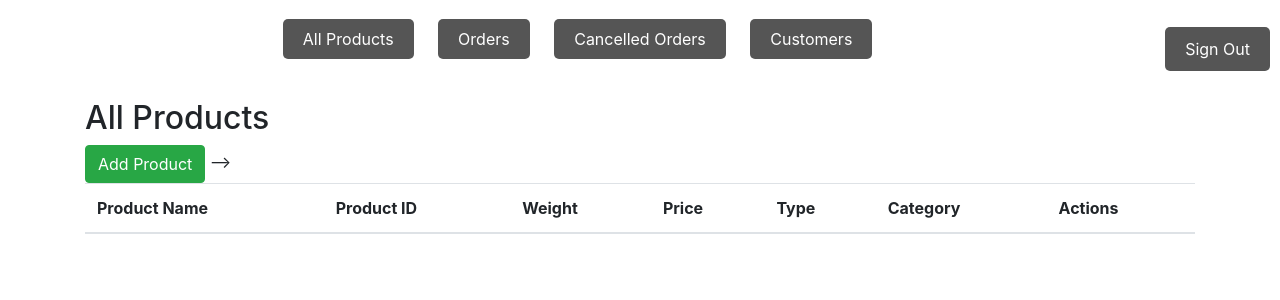
Repository: navaneethaenjam/flask-shop-ease
Page: http://localhost/all_products
These files come from the project's save history. The page is drawn as it stood at one moment and after a run of saves; the edit follows.
The browser window is 1280 px wide. The pictures show the whole page.
The page is served by the project's application, run on Flask 3 (app.py). Queries for data that is not in the repository find no rows.

Above is the page before, as saved 2024-05-02 08:24:38.

### templates/all_products.html
{% include 'sidemenu.html' %}
<!DOCTYPE html>
<html lang="en">
<head>
    <meta charset="UTF-8">
    <meta name="viewport" content="width=device-width, initial-scale=1.0">
    <title>Admin Products</title>
    <link rel="stylesheet" href="https://stackpath.bootstrapcdn.com/bootstrap/4.5.2/css/bootstrap.min.css">
    <!-- Add your custom CSS here -->
</head>
<body>
    <div class="container mt-5">
        <h2>All Products</h2>
        <button class="btn btn-success" onclick="showAddProductForm()">Add Product</button>
        <div id="addProductFormContainer" style="display: none;">
            <h3>Add Product</h3>
            <form id="addProductForm">
                <div class="form-group">
                    <label for="productname">Product Name:</label>
                    <input type="text" class="form-control" id="productname" name="productname">
                </div>
                <div class="form-group">
                    <label for="productid">Product ID:</label>
                    <input type="text" class="form-control" id="productid" name="productid" readonly>
                </div>
                <div class="form-group">
                    <label for="size">Weight:</label>
                    <input type="text" class="form-control" id="size" name="size">
                </div>
                <div class="form-group">
                    <label for="price">Price:</label>
                    <input type="text" class="form-control" id="price" name="price">
                </div>

                <div class="form-group">
                    <label for="category">Category:</label>
                    <select class="form-control" id="category" name="category" onchange="changeTypeOptions()">
                        <option value="">Select Category</option>
                        <option value="men">Men</option>
                        <option value="women">Women</option>
                        <option value="kids">Kids</option>
                    </select>
                </div>
                <div class="form-group">
                    <label for="type">Type:</label>
                    <select class="form-control" id="type" name="type">
                        <option value="">Select Type</option>
                        <option value="jeans">jeans</option>
                        <option value="T-shirt">T-shirt</option>
                        <option value="shirt">shirts</option>
                        <option value="frock">frock</option>
                        <option value="jogger">Joggers</option>
                        <option value="hoodie">Hoodies</option>
                    </select>
                </div>
                <!-- Include other input fields for product details -->
                <button type="submit" class="btn btn-primary">Add</button>
            </form>
        </div>

        <table class="table">
            <thead>
                <tr>
                    <th>Product Name</th>
                    <th>Product ID</th>
                    <th>Weight</th>-->
                    <th>Price</th>
                    <th>Type</th>
                    <th>Category</th>
                    <th>Actions</th>
                </tr>
            </thead>
            <tbody id="productTableBody">
                {% for product in products %}
                <tr>
                    <td>{{ product.productname }}</td>
                    <td>{{ product.productid }}</td>
                    <td>{{ product.size }}</td>
                    <td>{{ product.price }}</td>
                    <td>{{ product.type }}</td>
                    <td>{{ product.category }}</td>
                    <td>
                        <button class="btn btn-primary" onclick="showEditProductForm('{{ product._id }}')">Edit</button>
                        <button class="btn btn-danger" onclick="deleteProduct('{{ product.productid }}')">Delete</button>
                    </td>
                </tr>
                {% endfor %}
            </tbody>
        </table>
        <div id="editProductFormContainer" style="display: none;">
            <h3>Edit Product</h3>
            <form id="editProductForm">
                <div class="form-group">
                    <label for="edit_productname">Product Name:</label>
                    <input type="text" class="form-control" id="edit_productname" name="productname">
                </div>
                <div class="form-group">
                    <label for="edit_productid">Product ID:</label>
                    <input type="text" class="form-control" id="edit_productid" name="product_id" readonly>
                </div>
                <div class="form-group">
                    <label for="edit_size">Size:</label>
                    <input type="text" class="form-control" id="edit_size" name="size">
                </div>
                <div class="form-group">
                    <label for="edit_price">Price:</label>
                    <input type="text" class="form-control" id="edit_price" name="price">
                </div>

                <div class="form-group">
                    <label for="edit_category">Category:</label>
                    <select class="form-control" id="edit_category" name="category" onchange="changeEditTypeOptions()">
                        <option value="">Select Category</option>
                        <option value="beverages">Beverages</option>
                        <option value="meat">Meat</option>
                        <option value="dairy">Dairy</option>
                        <option value="pantry">Pantry</option>
                        <option value="snacks">Snacks</option>
                        <option value="bakery">Bakery</option>
                    </select>
                </div>
                <div class="form-group">

                    <label for="edit_type">Type:</label>
                    <select class="form-control" id="edit_type" name="type">
                        <option value="">Select</option>
                        <option value="water">Water</option>
                        <option value="coffee">Coffee</option>
                        <option value="energy drinks">Energy Drinks</option>
                        <option value="Protein Drinks">Protein Drinks</option>
                        <option value="juice">Juice</option>
                        <option value="Soft Drinks">Soft Drinks</option>
                    </select>
                </div>
                <!-- Include other input fields for product details -->
                <button type="submit" class="btn btn-primary" id="editProductFormSubmit">Save Changes</button>
            </form>
        </div>
    </div>

    <!-- Include jQuery library -->
    <script src="https://code.jquery.com/jquery-3.6.0.min.js"></script>
    <!-- Add your custom JavaScript here -->
    <script>
        function showAddProductForm() {
            console.log("showAddProductForm function called");
            var formContainer = $('#addProductFormContainer');
            if (formContainer.is(':visible')) {
                console.log("Form container is visible, hiding...");
                formContainer.hide();
            } else {
                console.log("Form container is hidden, showing...");
                formContainer.show();
                generateProductID();
            }
        }

        function generateProductID() {
            var productID = Math.floor(100000 + Math.random() * 900000);
            $('#productid').val(productID);
        }

        function changeTypeOptions() {
            var category = $('#category').val();
            var typeDropdown = $('#type');
            typeDropdown.empty(); // Clear existing options
            if (category === 'beverages') {
                typeDropdown.append('<option value="water">Water</option>');
                typeDropdown.append('<option value="coffee">Coffee</option>');
                typeDropdown.append('<option value="energy drinks">Energy Drinks</option>');
                typeDropdown.append('<option value="Protein Drinks">Protein Drinks</option>');
                typeDropdown.append('<option value="juice">Juice</option>');
                typeDropdown.append('<option value="Soft Drinks">Soft Drinks</option>');
            } else if (category === 'meat') {
                typeDropdown.append('<option value="Ground Beef">Ground Beef</option>');
                typeDropdown.append('<option value="chicken">Chicken</option>');
                typeDropdown.append('<option value="turkey">Turkey</option>');
                typeDropdown.append('<option value="fish">Fish</option>');
                typeDropdown.append('<option value="Pork">Pork</option>');
            } else if (category === 'dairy') {
                typeDropdown.append('<option value="cheese">Cheese</option>');
                typeDropdown.append('<option value="milk">Milk</option>');
                typeDropdown.append('<option value="salted butter">Salted Butter</option>');
                typeDropdown.append('<option value="grilled cheese">Grilled Cheese</option>');
                typeDropdown.append('<option value="Yogurt">Yogurt</option>');
            } else if (category === 'pantry') {
                typeDropdown.append('<option value="canned goods">Canned Goods</option>');
                typeDropdown.append('<option value="Breakfast">Breakfast</option>');
                typeDropdown.append('<option value="Spreads">Spreads</option>');
                typeDropdown.append('<option value="sauces">Sauces</option>');
            } else if (category === 'snacks') {
                typeDropdown.append('<option value="chips">Chips</option>');
                typeDropdown.append('<option value="snack bars">Snack Bars</option>');
                typeDropdown.append('<option value="chocolate">Chocolate</option>');
                typeDropdown.append('<option value="cookies">Cookies</option>');
                typeDropdown.append('<option value="popcorn">Popcorn</option>');
            } else if (category === 'bakery') {
                typeDropdown.append('<option value="Brownies">Brownies</option>');
                typeDropdown.append('<option value="Cakes">Cakes</option>');
                typeDropdown.append('<option value="Bread">Bread</option>');
                typeDropdown.append('<option value="Buns">Buns</option>');
                typeDropdown.append('<option value="bagels">Bagels</option>');
            }
        }

        $(document).ready(function() {
            $('#addProductForm').submit(function(event) {
                event.preventDefault(); // Prevent form submission
                addProduct();
            });
        });

        function addProduct() {
            // Get form data
            var formData = $('#addProductForm').serialize();
            console.log('Serialized Form Data:', formData);
            // Make AJAX POST request to add_product endpoint
            $.ajax({
                type: 'POST',
                url: '/add_product',
                data: formData,
                success: function(response) {
                    console.log('Product added successfully:', response);
                    window.location.reload();
                    // You can display a success message or perform other actions here
                },
                error: function(error) {
                    console.error('Error adding product:', error);
                }
            });
        }

        function showEditProductForm(_id) {
            // Make an AJAX request to fetch the product details
            $.ajax({
                type: 'GET',
                url: '/get_product/' + _id, // Endpoint to fetch product details
                success: function(response) {
                    console.log(response);
                    // Populate the form fields with the retrieved product data
                    $('#edit_productname').val(response.productname);
                    $('#edit_productid').val(response.productid);
                    $('#edit_size').val(response.size);
                    $('#edit_price').val(response.price);
                    $('#edit_type').val(response.type);
                    $('#edit_category').val(response.category);

                    // Show the edit form container
                    $('#editProductFormContainer').show();
                },
                error: function(error) {
                    console.error('Error fetching product details:', error);
                }
            });
        }

        $(document).ready(function() {
            $('#editProductForm').submit(function(event) {
                event.preventDefault(); // Prevent default form submission behavior
                var product_id = $('#edit_productid').val(); // Get product ID from the form field
                editProduct(product_id); // Call editProduct function with the product ID
            });
        });

        function editProduct(_id) {
            // Get form data for edited product
            var editedData = $('#editProductForm').serialize(); // Get edited data from form fields
            console.log('Edited Data:', editedData); // Log edited data for debugging

            $.ajax({
                type: 'POST',
                url: '/edit_product/' + _id,
                data: editedData,
                contentType: 'application/x-www-form-urlencoded', // Set content type explicitly
                success: function(response) {
                    console.log('Product edited successfully:', response);
                    window.location.reload();
                },
                error: function(error) {
                    console.error('Error editing product:', error);
                }
            });
        }

        function changeEditTypeOptions() {
            var category = $('#edit_category').val();
            var typeDropdown = $('#edit_type');
            typeDropdown.empty(); // Clear existing options
            if (category === 'beverages') {
                typeDropdown.append('<option value="water">Water</option>');
                typeDropdown.append('<option value="coffee">Coffee</option>');
                typeDropdown.append('<option value="energy drinks">Energy Drinks</option>');
                typeDropdown.append('<option value="Protein Drinks">Protein Drinks</option>');
                typeDropdown.append('<option value="juice">Juice</option>');
                typeDropdown.append('<option value="Soft Drinks">Soft Drinks</option>');
            } else if (category === 'meat') {
                typeDropdown.append('<option value="Ground Beef">Ground Beef</option>');
                typeDropdown.append('<option value="chicken">Chicken</option>');
                typeDropdown.append('<option value="turkey">Turkey</option>');
                typeDropdown.append('<option value="fish">Fish</option>');
                typeDropdown.append('<option value="Pork">Pork</option>');
            } else if (category === 'dairy') {
                typeDropdown.append('<option value="cheese">Cheese</option>');
                typeDropdown.append('<option value="milk">Milk</option>');
                typeDropdown.append('<option value="salted butter">Salted Butter</option>');
                typeDropdown.append('<option value="grilled cheese">Grilled Cheese</option>');
                typeDropdown.append('<option value="Yogurt">Yogurt</option>');
            } else if (category === 'pantry') {
                typeDropdown.append('<option value="canned goods">Canned Goods</option>');
                typeDropdown.append('<option value="Breakfast">Breakfast</option>');
                typeDropdown.append('<option value="Spreads">Spreads</option>');
                typeDropdown.append('<option value="sauces">Sauces</option>');
            } else if (category === 'snacks') {
                typeDropdown.append('<option value="chips">Chips</option>');
                typeDropdown.append('<option value="snack bars">Snack Bars</option>');
                typeDropdown.append('<option value="chocolate">Chocolate</option>');
                typeDropdown.append('<option value="cookies">Cookies</option>');
                typeDropdown.append('<option value="popcorn">Popcorn</option>');
            } else if (category === 'bakery') {
                typeDropdown.append('<option value="Brownies">Brownies</option>');
                typeDropdown.append('<option value="Cakes">Cakes</option>');
                typeDropdown.append('<option value="Bread">Bread</option>');
                typeDropdown.append('<option value="Buns">Buns</option>');
                typeDropdown.append('<option value="bagels">Bagels</option>');
            }
        }

        function deleteProduct(product_id) {
            $.ajax({
                type: 'GET',
                url: '/delete_product/' + product_id,
                success: function(response) {
                    console.log('Product deleted successfully:', response);
                    window.location.reload();
                },
                error: function(error) {
                    console.error('Error deleting product:', error);
                }
            });
        }

    </script>
</body>
</html>

### templates/sidemenu.html
<!-- header.html -->
<!DOCTYPE html>
<html lang="en">
<head>
  <meta charset="UTF-8">
  <meta name="viewport" content="width=device-width, initial-scale=1.0">
  <title>Navigation Menu</title>
  <style>
    body {
      font-family: Arial, sans-serif;
      margin: 0;
      padding: 0;
    }

    nav {
      text-align: center;
      margin-top: 27px;
    }
    nav a {
      color: #fff;
      text-decoration: none;
      padding: 10px 20px;
      margin: 0 10px;
      border-radius: 5px;
      background-color: #555;
      transition: background-color 0.3s;
    }
    nav a:hover {
      background-color: #777;
    }
    .logout {
      float: right;
      margin-right: 10px;
    }
  </style>
</head>
<body>

  <nav>
    <a href="/all_products">All Products</a>
    <a href="/order">Orders</a>
    <a href="/cancellation_details">Cancelled Orders</a>
    <a href="/view_customers">Customers</a>
    <a href="/" class="logout">Sign Out</a>
  </nav>
</body>
</html>

Loaded but not shown: app.py (564 lines, source omitted)

After the next 3 saves:
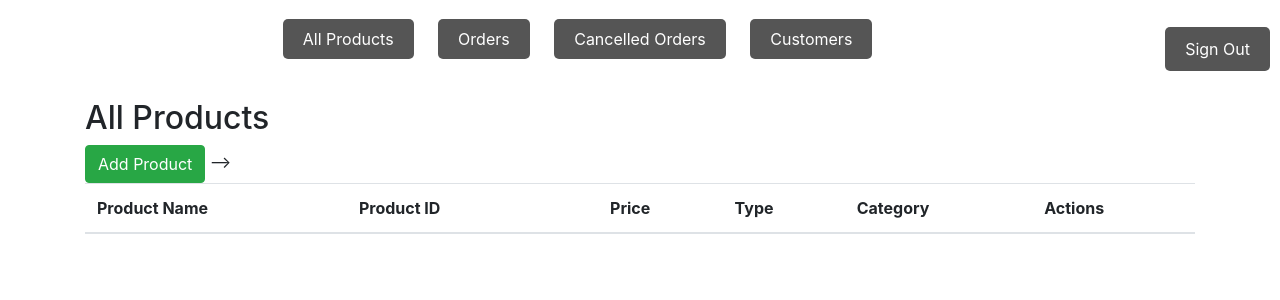
The 3 saves are shown as one change because they came seconds apart.
The last was saved 8 s later.
--- a/templates/all_products.html
+++ b/templates/all_products.html
@@ -63,7 +63,7 @@
                 <tr>
                     <th>Product Name</th>
                     <th>Product ID</th>
-                    <th>Weight</th>-->
+                    <th></th>-->
                     <th>Price</th>
                     <th>Type</th>
                     <th>Category</th>
